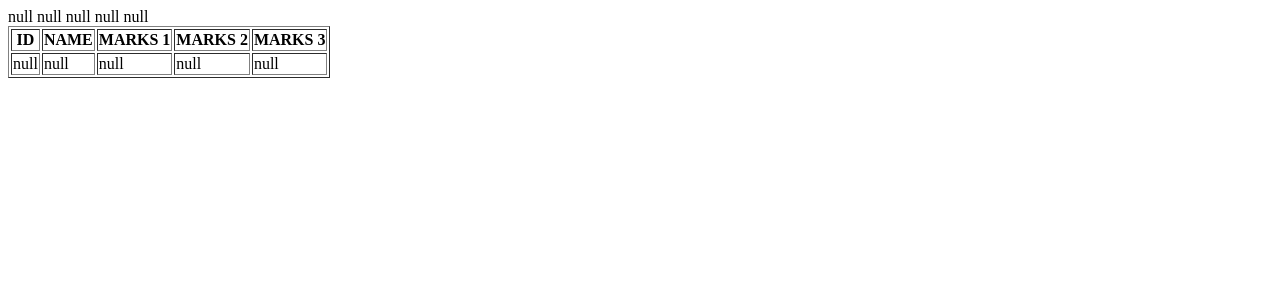
Repository: vima107/JDBC-CRUD-OPERATIONS
Page: http://localhost/get-result-mvc/getResultSuccess.jsp
An editor plug-in stored every save of this project. The page is shown before and after the next save, followed by the edit.
The browser window is 1280 px wide. The pictures show the whole page.
The page is served by Tomcat 9.

Above is the page before, as saved 2024-10-14 11:12:27.

After the next save:
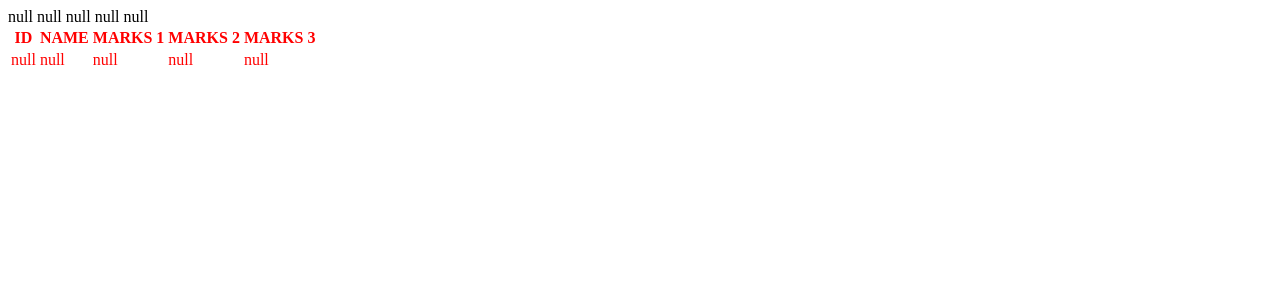
Saved 15 min 43 s later.
--- a/get-result-mvc/src/main/webapp/getResultSuccess.jsp
+++ b/get-result-mvc/src/main/webapp/getResultSuccess.jsp
@@ -18,7 +18,7 @@
 	out.println(id+" "+name+" "+" "+marks1+" "+marks2+" "+marks3);
 
 %>
- <table border=1>
+ <table style="color: red">
  	<thead>
  		<tr>
  		<th>ID</th>
